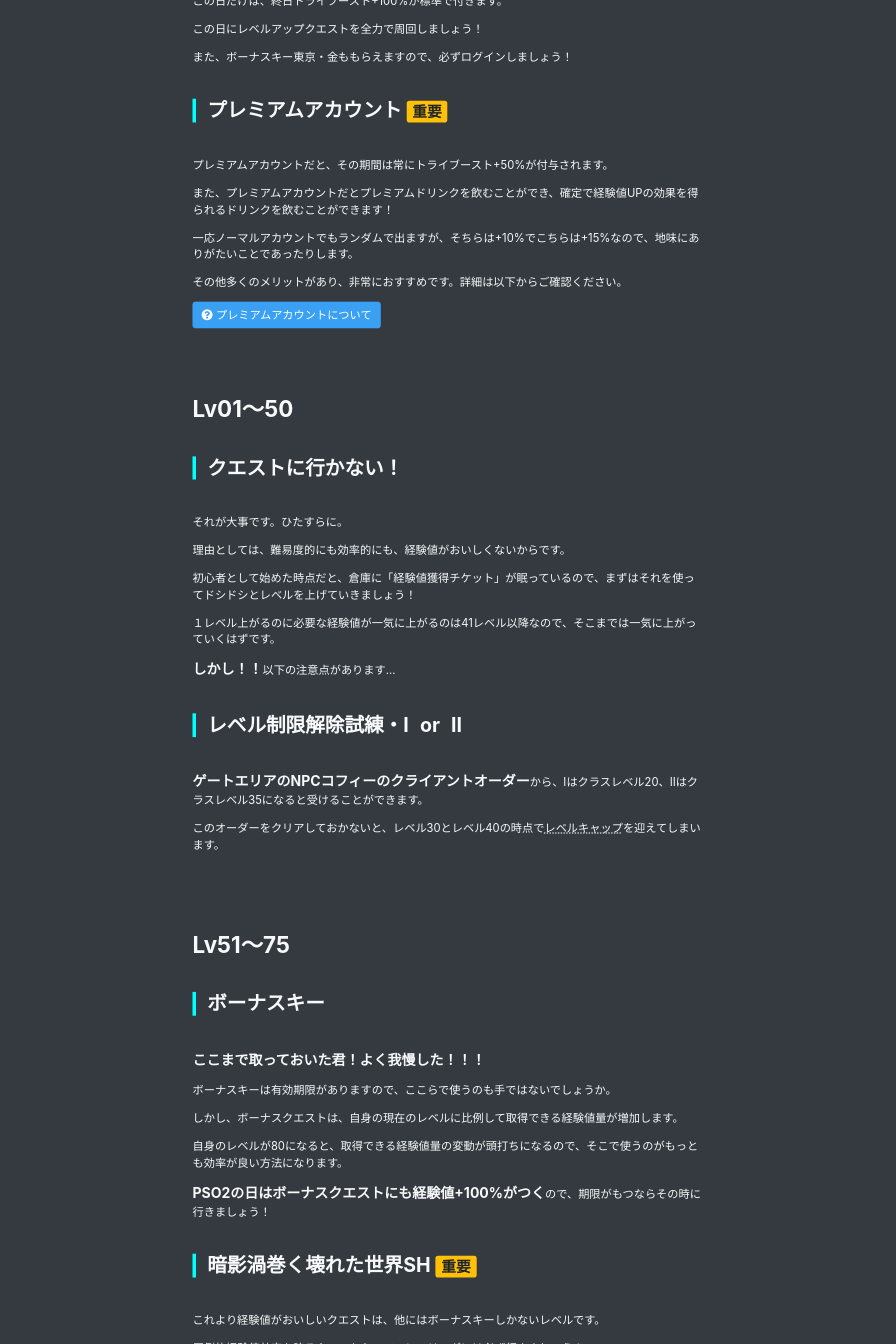
Repository: milkyahonpo/Website_source
Page: docs/capture.html
These files come from the project's save history. The page is drawn as it stood at one moment and after the next save; the edit follows.
The browser window is 1280 px wide. The pictures show the part of the page from y = 4580 to 6500 px (the page is 9670 px tall before and 9694 px after), at 70% of full size.
Some web libraries are served in a nearby version.

Above is the page before, as saved 2020-01-24 10:11:42.

### docs/capture.html
<!DOCTYPE html>
<html lang="ja">
  <head>
    <!-- Required meta tags -->
    <meta charset="utf-8">
    <meta name="viewport" content="width=device-width, initial-scale=1, shrink-to-fit=no">
    <!-- Bootstrap CSS -->
    <link rel="stylesheet" href="https://stackpath.bootstrapcdn.com/bootstrap/4.3.1/css/bootstrap.min.css" integrity="sha384-ggOyR0iXCbMQv3Xipma34MD+dH/1fQ784/j6cY/iJTQUOhcWr7x9JvoRxT2MZw1T" crossorigin="anonymous">
    <!-- My CSS -->
    <link rel="stylesheet" href="css/capture.css">
    <!-- favicon -->
    <link rel="shortcut icon" href="img/favicon.ico">
    <!-- Font Awesome -->
    <link href="https://use.fontawesome.com/releases/v5.6.1/css/all.css" rel="stylesheet">
    <!-- Google Fonts -->
    <link href="https://fonts.googleapis.com/css?family=Titillium+Web&display=swap" rel="stylesheet">

    <title>みるく屋本舗 - 攻略本 -</title>
  </head>

  <body>
  <!-- Navigation -->
  <nav class="navbar navbar-expand-lg navbar-light fixed-top py-3" id="mainNav">
    <div class="container">
      <a class="navbar-brand" href="index.html">
        <img src="./img/logo.png" width="50" height="50" alt="">
        <b>みるく屋本舗</b>
      </a>
      <button class="navbar-toggler navbar-togglar-right" type="button" data-toggle="collapse" data-target="#navbarResponsive" aria-controls="navbarResponsive" aria-expanded="false" aria-label="Toggle navigation">
        <span class="navbar-toggler-icon"></span>
      </button>
      <div class="collapse navbar-collapse" id="navbarResponsive">
        <ul class="navbar-nav ml-auto my-2 my-lg-0">
          <li class="nav-item">
            <a class="nav-link js-scroll-trigger" href="#basic">基礎知識</a>
          </li>
          <li class="nav-item">
            <a class="nav-link js-scroll-trigger" href="#lv1-50">Lv01～Lv50</a>
          </li>
          <li class="nav-item">
            <a class="nav-link js-scroll-trigger" href="#lv51-75">Lv51～Lv75</a>
          </li>
          <li class="nav-item">
            <a class="nav-link js-scroll-trigger" href="#lv76-80">Lv76～Lv80</a>
          </li>
          <li class="nav-item">
            <a class="nav-link js-scroll-trigger" href="#lv81-90">Lv81～Lv90</a>
          </li>
        </ul>
      </div>
    </div>
  </nav>
  <!-- About Section -->
  <section class="page-section h-100 bg-dark text-light">
    <div class="container h-100">
      <div class="row h-100 justify-content-center align-items-center">
        <div class="col-lg-8">
          <h2 class="display-1 mt-0 font-weight-bold text-center"><span style="color: cyan;">攻</span>略本</h2>
          <hr class="divider my-4">
          <p class="lead text-center">チムメンに役立つ育成情報を掲載します！</p>
          <p class="text-center"><small>最終更新 : 2020/01/23</small></p>
        </div>
      </div>
    </div>
  </section>

  <section class="page-section bg-dark text-light">
    <div class="container">
      <div class="row py-5 justify-content-center" id="basic">
        <div class="col-md-8">
          <h2 class="font-weight-bold">基礎知識</h2>
          <h3 class="my-5 pl-3"><strong class="font-weight-bold">メインクラスとサブクラス</strong></h3>
          <p>
            PSO2には「メインクラス」と「サブクラス」があります。
            <ul>
              <li>「メインクラス」装備できる武器に影響するクラス</li>
              <li>「サブクラス」一部のスキルとステータスの影響を受けるクラス<br>
            </ul>
            以下にクラス一覧と、その装備できる武器について示します。
          <p>
          <p class="alert alert-info">ガンスラッシュはどのクラスでも使用することができます。</p>
          <h4>通常クラス</h4>
          <table class="table table-striped table-hover my-3 table-dark">
            <tr><th>アイコン</th><th>クラス名</th><th>略称</th><th>装備できる武器</th></tr>
            <tr><td><img class="img-thumbnail" src="img/Hu.png"　style="display: inline-block" width="50px" height="auto"></td><td><a href="https://pso2.swiki.jp/index.php?%E3%83%8F%E3%83%B3%E3%82%BF%E3%83%BC">ハンター</a></td><td>Hu</td><td><ul><li>ソード</li><li>ワイヤードランス</li><li>パルチザン</li></ul></td></tr>
            <tr><td><img class="img-thumbnail" src="img/Fi.png"　style="display: inline-block" width="50px" height="auto"></td><td><a href="https://pso2.swiki.jp/index.php?%E3%83%95%E3%82%A1%E3%82%A4%E3%82%BF%E3%83%BC">ファイター</a></td><td>Fi</td><td><ul><li>ツインダガー</li><li>ダブルセイバー</li><li>ナックル</li></ul></td></tr>
            <tr><td><img class="img-thumbnail" src="img/Ra.png"　style="display: inline-block" width="50px" height="auto"></td><td><a href="https://pso2.swiki.jp/index.php?%E3%83%AC%E3%83%B3%E3%82%B8%E3%83%A3%E3%83%BC">レンジャー</a></td><td>Ra</td><td><ul><li>ランチャー</li><li>アサルトライフル</li></ul></td></tr>
            <tr><td><img class="img-thumbnail" src="img/Gu.png"　style="display: inline-block" width="50px" height="auto"></td><td><a href="https://pso2.swiki.jp/index.php?%E3%82%AC%E3%83%B3%E3%83%8A%E3%83%BC">ガンナー</a></td><td>Gu</td><td><ul><li>ツインマシンガン</li><li>アサルトライフル</li></ul></td></tr>
            <tr><td><img class="img-thumbnail" src="img/Fo.png"　style="display: inline-block" width="50px" height="auto"></td><td><a href="https://pso2.swiki.jp/index.php?%E3%83%95%E3%82%A9%E3%83%BC%E3%82%B9">フォース</a></td><td>Fo</td><td><ul><li>ロッド</li><li>タリス</li></ul></td></tr>
            <tr><td><img class="img-thumbnail" src="img/Te.png"　style="display: inline-block" width="50px" height="auto"></td><td><a href="https://pso2.swiki.jp/index.php?%E3%83%86%E3%82%AF%E3%82%BF%E3%83%BC">テクター</a></td><td>Te</td><td><ul><li>ウォンド</li><li>タリス</li></ul></td></tr>
            <tr><td><img class="img-thumbnail" src="img/Br.png"　style="display: inline-block" width="50px" height="auto"></td><td><a href="https://pso2.swiki.jp/index.php?%E3%83%96%E3%83%AC%E3%82%A4%E3%83%90%E3%83%BC">ブレイバー</a></td><td>Br</td><td><ul><li>カタナ</li><li>バレットボウ</li></ul></td></tr>
            <tr><td><img class="img-thumbnail" src="img/Bo.png"　style="display: inline-block" width="50px" height="auto"></td><td><a href="https://pso2.swiki.jp/index.php?%E3%83%90%E3%82%A6%E3%83%B3%E3%82%B5%E3%83%BC">バウンサー</a></td><td>Bo</td><td><ul><li>ジェットブーツ</li><li>デュアルブレード</li></ul></td></tr>
            <tr><td><img class="img-thumbnail" src="img/Su.png"　style="display: inline-block" width="50px" height="auto"></td><td><a href="https://pso2.swiki.jp/index.php?%E3%82%B5%E3%83%A2%E3%83%8A%E3%83%BC">サモナー</a></td><td>Su</td><td><ul><li>タクト</li></ul></td></tr >
          </table>
          <div class="my-5">
            <p>これらの通常クラスのいずれか２つをレベル75にすることで選択可能になる<strong class="lead font-weight-bold">「後継クラス」</strong>というものがあります。</p>
            <p>後継クラスは現状で３つあり、ファントムとエトワールはサブクラスとしてセットすることができますが、メインクラスとして使う場合、<strong class="lead font-weight-bold">全てサブクラスをセットすることができません。</strong>その代わりに、各クラス特徴のある強力なクラススキルを有しており、非常に優秀なクラスとなっています。</p>
          </div>
          <h4>後継クラス</h4>
          <table class="table table-striped table-hover my-3 table-dark">
            <tr><th>アイコン</th><th>クラス名</th><th>略称</th><th>装備できる武器</th></tr>
            <tr><td><img class="img-thumbnail" src="img/Hr.png"　style="display: inline-block" width="50px" height="auto"></td class="align-items-center"><td><a href="https://pso2.swiki.jp/index.php?%E3%83%92%E3%83%BC%E3%83%AD%E3%83%BC">ヒーロー</a></td><td>Hr</td><td><ul><li>ソード</li><li>ツインマシンガン</li><li>タリス</li></ul></td></tr>
            <tr><td><img class="img-thumbnail" src="img/Ph.png"　style="display: inline-block" width="50px" height="auto"></td><td><a href="https://pso2.swiki.jp/index.php?%E3%83%95%E3%82%A1%E3%83%B3%E3%83%88%E3%83%A0">ファントム</a></td><td>Ph</td><td><ul><li>カタナ</li><li>アサルトライフル</li><li>ロッド</li></td></tr>
            <tr><td><img class="img-thumbnail" src="img/Et.png"　style="display: inline-block" width="50px" height="auto"></td><td><a href="https://pso2.swiki.jp/index.php?%E3%82%A8%E3%83%88%E3%83%AF%E3%83%BC%E3%83%AB">エトワール</a></td><td>Et</td><td><ul><li>ダブルセイバー</li><li>デュアルブレード</li><li>ウォンド</li></td></tr>
          </table>
          <p>「メインクラス」は、当然ですが入手した経験値の100%が加算されます。</p>
          <p>「サブクラス」も、セットしておくだけでサブクラスがレベル70までは<strong class="lead font-weight-bold">メインクラスが獲得した経験値の25%</strong>が加算されます。</p>
          <p>そのため、必ずサブクラスをつけておきましょう。</p>

          <h3 class="my-5 pl-3"><strong class="font-weight-bold"><abbr title="特殊能力(DL先のファイルに詳細)">OP</abbr>・<abbr title="S級特殊能力(DL先のファイルに詳細)">SOP</abbr>付け</strong></h3>
          <p>PSO2の武器や<abbr title="防具のこと">ユニット</abbr>には、OPと呼ばれる特殊能力を付与することができます。</p>
          <p>これを付けていないとどれだけ頑張っても火力が出なかったり、伸び悩んでしまう原因になります。</p>
          <p>最初のうちに理解するのは難しい要素でもあるのですが、以下のファイルにOPの付け方をまとめてあるので、ダウンロードして必ず理解するようにしましょう！！</p>
          <a class="text-decoration-none" href="./document/PSO2 OP付け覚書.pdf" download="PSO2 OP付け覚書.pdf">
            <button class="btn btn-primary">
              <span class="text-decoration-none"><i class="fas fa-download"></i><b class="px-1">PSO2 OP付け覚書.pdf</b></span>
            </button>
          </a>
          <h3 class="my-5 pl-3"><strong class="font-weight-bold">ブーストアイテム</strong></h3>
          <p>PSO2には、経験値やメセタやレアドロの確率を一時的に上昇させる、トライブーストをはじめとした「ブーストアイテム」が多種類存在します。</p>
          <p>経験値を稼ぐためには、ブーストを使用したほうが有利ですので、必ず使用してクエストに行くことを忘れないようにしましょう。</p>
          <p>同じ名前のブーストアイテムを使用しても効果は多くならないので、違う名前のブーストを組み合わせることでより良い効果を得ることができます。</p>
          <p>元々の経験値を100%とすると...</p>
          <div class="card mb-3 text-dark">
            <div class="card-body">
            <p><b>例１)トライブースト+100%と経験値+75%を使用した場合の経験値取得率</b></p>
            <strong class="my-1 display-4"><var>100</var> + <var>100</var> + <var>75</var> = <var>275</var>%</strong>
            </div>
          </div>
          <p>上記のように、ブーストアイテムの効果は加算によって求められます。</p>

          <h3 class="my-5 pl-3"><strong class="font-weight-bold">パーティーブースト </strong><span class="badge badge-warning">重要</span></h3>
          <p>PSO2では、パーティーを組むことによって「パーティーブースト」と呼ばれる、<abbr title="略称「トラブ」 メセタ、レアドロ、経験値獲得量UP">トライブースト</abbr>が付与されます。</p>
          <p>先ほどのブーストアイテムについての項目でお話しましたが、ブーストアイテムの効果は加算によって求めることができます。</p>
          <p>しかし、<strong class="lead font-weight-bold">パーティーブーストだけは乗算でかかります。</strong>パーティーが二人以上の場合のパーティーの人数をXとすると、パーティーブーストは1.X倍になります。</p>
          <div class="card mb-3 text-dark">
            <div class="card-body">
            <p><b>例２)例１の場合でパーティー４人の場合の経験値取得率</b></p>
            <strong class="my-1 display-4"><var>275</var> * <var>1.4</var> = <span class="enh"><var>385</var>%</span></strong><br>
            </div>
          </div>
          <p>絶対に４人パーティーで行きましょう！</p>

          <h3 class="my-5 pl-3"><strong class="font-weight-bold">PSO2の日(毎月2日 +プレミアムは22日)</strong></h3>
          <p>この日だけは、終日トライブースト+100%が標準で付きます。</p>
          <p>この日にレベルアップクエストを全力で周回しましょう！</p>
          <p>また、ボーナスキー東京・金ももらえますので、必ずログインしましょう！</p>

          <h3 class="my-5 pl-3"><strong class="font-weight-bold">プレミアムアカウント </strong><span class="badge badge-warning">重要</span></h3>
          <p>プレミアムアカウントだと、その期間は常にトライブースト+50%が付与されます。</p>
          <p>また、プレミアムアカウントだとプレミアムドリンクを飲むことができ、確定で経験値UPの効果を得られるドリンクを飲むことができます！</p>
          <p>一応ノーマルアカウントでもランダムで出ますが、そちらは+10%でこちらは+15%なので、地味にありがたいことであったりします。</p>
          <p>その他多くのメリットがあり、非常におすすめです。詳細は以下からご確認ください。</p>
          <a href="http://pso2.jp/players/manual/preparations/ac/#sys-manual-513"><button class="btn btn-primary"><i class="fas fa-question-circle"></i> プレミアムアカウントについて</button></a>
        </div>
      </div>
      <div class="row py-5 justify-content-center" id="lv1-50">
        <div class="col-lg-8">
          <h2><b>Lv01～50</b></h2>
          <h3 class="my-5 pl-3"><strong class="font-weight-bold">クエストに行かない！</strong></h3>
          <p>それが大事です。ひたすらに。</p>
          <p>理由としては、難易度的にも効率的にも、経験値がおいしくないからです。</p>
          <p>初心者として始めた時点だと、倉庫に「経験値獲得チケット」が眠っているので、まずはそれを使ってドシドシとレベルを上げていきましょう！</p>
          <p>１レベル上がるのに必要な経験値が一気に上がるのは41レベル以降なので、そこまでは一気に上がっていくはずです。</p>
          <p><strong class="lead font-weight-bold">しかし！！</strong>以下の注意点があります...</p>
          <h3 class="my-5 pl-3"><strong class="font-weight-bold">レベル制限解除試練・Ⅰ<span class="mx-3">or</span>Ⅱ</strong></h3>
          <p><strong class="lead font-weight-bold">ゲートエリアのNPCコフィーのクライアントオーダー</strong>から、Ⅰはクラスレベル20、Ⅱはクラスレベル35になると受けることができます。</p>
          <p>このオーダーをクリアしておかないと、レベル30とレベル40の時点で<abbr title="レベルがそれ以上上がらない状態になること">レベルキャップ</abbr>を迎えてしまいます。</p>
        </div>
      </div>
      <div class="row py-5 justify-content-center" id="lv51-75">
        <div class="col-lg-8">
          <h2 class="mb-5"><b>Lv51～75</b></h2>
          <h3 class="my-5 pl-3"><strong class="font-weight-bold">ボーナスキー</strong></h3>
          <p><strong class="lead font-weight-bold">ここまで取っておいた君！よく我慢した！！！</strong></p>
          <p>ボーナスキーは有効期限がありますので、ここらで使うのも手ではないでしょうか。</p>
          <p>しかし、ボーナスクエストは、自身の現在のレベルに比例して取得できる経験値量が増加します。</p>
          <p>自身のレベルが80になると、取得できる経験値量の変動が頭打ちになるので、そこで使うのがもっとも効率が良い方法になります。</p>
          <p><strong class="lead font-weight-bold">PSO2の日はボーナスクエストにも経験値+100%がつく</strong>ので、期限がもつならその時に行きましょう！</p>

          <h3 class="my-5 pl-3"><strong class="font-weight-bold">暗影渦巻く壊れた世界SH </strong><span class="badge badge-warning">重要</span></h3>
          <p>これより経験値がおいしいクエストは、他にはボーナスキーしかないレベルです。</p>
          <p>圧倒的経験値効率を誇るクエストなので、レベリングには必ず行きましょう！</p>
          <p><strong class="lead font-weight-bold">レベルアップクエストの仕様上、5日周期で1日来る</strong>ので必ずチェックしておきましょう。</p>

          <h3 class="my-5 pl-3"><strong class="font-weight-bold">クラスごとの<abbr title="スキルポイント スキルツリーのスキルを取得するために必要になる レベル1UPごとに1SP">SP</abbr>取得クライアントオーダー </strong><span class="badge badge-warning">重要</span></h3>
          <p>レベル75になると、クラスキューブというアイテムを渡すことによって、クラスごとにSPを獲得できるクライアントオーダーが解放されます。</p>
          <p>クラスキューブとは、ハンターであれば「Huエクスキューブ」といったような、クラスの略称がついたアイテムになります。</p>
          <p>全てのクラス共通で、最初は1個、次は2個、3個、4個と要求数が増えていき、全4つのオーダーで合計10個のクラスキューブが必要になります。</p>
          <p><strong class="lead font-weight-bold">ゲートエリアのNPCシロナの「トレジャーショップ」</strong>から、SGまたはメセタを使用してクラスキューブを購入することができます。売っているクラスキューブは日替わりなので、自分の欲しいクラスキューブが陳列された時に購入しましょう！</p>

          <p>また、レベル90のレベルキャップに到達した状態でレベルアップすることで、そのクラスのクラスキューブを<strong class="lead font-weight-bold">レベルアップごとに７個</strong>取得することができます。</p>
        </div>
      </div>
          <!--
          <h3 class="my-5 pl-3"><strong class="font-weight-bold">レベル75制限解除試験・○○ </strong><span class="badge badge-info">後継クラスのみ</span></h3>
          <p>レベル75制限解除試験とは、その名の通りレベル75のレベルキャップを解放するクライアントオーダーです。</p>
          <p>これまでもレベル30の時点やレベル40の時点にも存在したものと同じになります。</p>
          <p>このレベルキャップ解放はクラスごとにクリアする必要があります。</p>
          <p>条件は、<br>
          <strong class="lead font-weight-bold">「<abbr title="ガンスラッシュは対象外です">メインクラスで装備できる武器種</abbr>の☆13以上を+35まで強化する」</strong><br>
          というものになります。</p>
          <p><strong class="lead font-weight-bold">ゲートエリアのNPCプリンの「コレクトシート」</strong>で、☆13武器の+35をゲットするだけで達成することができます。</p>
          <p>コレクトシートとは、数あるアイテムの中から自身が欲しいアイテムを選択し、そのアイテムのシートを入手したのちに、シート中に記載されている必要項目を全達成することで対象のアイテムが入手できるというものです。</p>
          <p>それぞれの項目に指定された条件を達成すると項目のゲージが上昇していき、ゲージが最大になった時にドロップするアイテムを入手することで項目が達成されます。</p>
          <p>基本的にコレクトシートの項目の条件は、入手した時点で開催されている緊急クエストや期間限定クエストで達成できるものが設定されているので、どんどん参加しましょう！</p>
          -->

      <div class="row py-5 justify-content-center" id="lv76-80">
        <div class="col-lg-8">
          <h2 class="mb-5"><b>Lv76～80</b></h2>
          <h3 class="my-5 pl-3"><strong class="font-weight-bold">必要経験値の異常なまでの上昇 </strong><span class="badge badge-danger">難関</span></h3>
          <p><strong class="lead font-weight-bold">今までとは比べ物にならないくらいにレベルが上がらなくなってきます。</strong></p>
          <p>ただ、昔のPSO2と比較したら今はボーナスキーもあり、レベルアップクエストなんてものもあり、
          そのうえPSO2の日では経験値+100%で、プレミアムなら毎日トライブースト+50%もつくだって！？</p>
          <strong class="lead font-weight-bold">めげずに頑張りましょう！私たちがついています！</strong>

          <h3 class="my-5 pl-3"><strong class="font-weight-bold">ボーナスキー </strong></h3>
          <p>それはここでも同じです。</p>
          <p>PSO2で経験値が一番おいしいクエストは間違いなくボーナスキー！</p>
          <p>手に入れたらPSO2の日をねらって絶対に行きましょう！</p>
          <p>(ブーストアイテムを忘れずにね！)</p>

          <h3 class="my-5 pl-3"><strong class="font-weight-bold">暗影渦巻く壊れた世界XH </strong><span class="badge badge-success">更新時点 推奨</span></h3>
          <p>現状最強武器の「リバレイト〇〇」という武器の入手にはクラスキューブが必要になります。</p>
          <p>また、2020/02/05まで開催されている<a href="http://pso2.jp/players/event/newyear2020/">SPACE MAGATSU DESTROYERS</a>の個人ポイント獲得はこの暗影でもためることができ、暗影は1周2分で周回できるので非常に高効率となっています。(本来あってはならないことかもしれませんが...)</p>
          <p>以上の理由から、現時点では高レベルのプレイヤーも暗影を周回しており、人がすぐに集まることも多いため、以下に記載してあるSHを周回するよりも圧倒的に高効率でレベルアップすることができます。</p>

          <h3 class="my-5 pl-3"><strong class="font-weight-bold">暗影渦巻く壊れた世界SH </strong><span class="badge badge-secondary">更新時点 非推奨</span></h3>
          <p>「え？なんでまだこの段階でもXH行かないの？」</p>
          <p>そう思う方も多いことでしょう。</p>
          <p>試しにXHに行ってみた方はわかると思いますが、
          <strong class="lead font-weight-bold">クエストに12人いることのほうが少ないです。</strong></p>
          <p>理由はSHとXHの受注可能なレベル帯の差にあります。</p>
          <p>SHはレベル50から受注可能で、XHには、メインサブの双方を75まで上げないと行けません。</p>
          <p>なので、SHを回るのは、75-50=レベル25分の幅の方で、
          なおかつメインはレベル75であってもサブはまだという方も含まれます。</p>
          <p>それに対してXHはレベル75から受注可能で、最大はレベル90です。</p>
          <p>なので、XHを回るのは、90-75=レベル15分の幅の方で、
          なおかつメインサブ双方が75以上である方です。</p>
          <p>それゆえに、暗影で人数が集まるのは必然的にSHとなるわけです。</p>
          <p>人数が集まるということは、パーティーが組めるのでブーストがのる。</p>
          <p><strong class="lead font-weight-bold">そういうことです！</strong></p>

          <h3 class="my-5 pl-3"><strong class="font-weight-bold">クラスごとのSP取得クライアントオーダー </strong></h3>
          <p>Lv51～75で前述のとおりです。</p>
          <p>もしもレベル75の時点でやっていなかったのであれば、必ずここで済ませてしまいましょう！</p>

          <!--
          <h3 class="my-5 pl-3"><strong class="font-weight-bold">レベル80制限解除試験・○○ </strong></h3>
          <p>「またレベルキャップか・・・」</p>
          <p>安心してください。今回のは<b>めちゃくちゃ簡単</b>です。</p>
          <p>レベルを75にした時点で称号報酬でもらっていた、３つの<strong class="lead font-weight-bold">「サブ／ステラウォール」</strong>というユニット。</p>
          <p>若しくは、ここまで暗影を周回している人なら持っているであろう「ウェポンズバッジ2019」。</p>
          <p>それとバッジ交換ショップで交換できる☆12ユニットの、</p>
          <p><strong class="lead font-weight-bold">「リア／サーキュレイ」、「アーム／サーカレイ」、「レッグ／サークレイ」</strong>。</p>
          <p>そのどちらかのシリーズを全て+10にしてから装備して話しかけるだけで達成できます。</p>
          <p>ユニットの強化は、武器と比較してものすごく簡単なので、
          強化値+7までは補助アイテム何も無しで上げていき、
          +8以降は、「強化成功率+5%」と「強化リスク軽減(+1)」を使用して上げていくだけで十分です。</p>
          <p>もっていないのであれば、どちらも非常に安価にマイショップで販売していますので、
          どんどん上げて、ぱぱっと報告してしまいましょう！</p>
          -->
        </div>
      </div>
      <div class="row py-5 justify-content-center" id="lv81-90">
        <div class="col-lg-8">
          <h2 class="mb-5"><b>Lv81～90</b></h2>
          <h3 class="my-5 pl-3 display-4"><font color="orange">気合 <i class="fas fa-exclamation"></i></font></h3>
          <p>今までの知識をすべて駆使してレベルを上げていきましょう。</p>
          <p>ブースト、ボーナスキー、暗影...</p>
          <p><b style="font-size: 20px">頂上はもうすぐです！</b></p>
        </div>
      </div>
    </div>
  </div>
</section>
  <!-- Footer -->
  <footer class="bg-light py-5">
    <div class="container">
      <div class="small text-center text-muted">※当サイトの一部の掲載画像等に関する権利は、株式会社セガゲームズに帰属しています。</div>
      <div class="small text-center text-muted">Copyright &copy; 2019 - MYH / SEGA PHANTASY STAR ONLINE 2</div>
    </div>
  </footer>

  <!-- Bootstrap core JavaScript -->
  <script src="vendor/jquery/jquery.min.js"></script>
  <script src="vendor/bootstrap/js/bootstrap.bundle.min.js"></script>

  <!-- Plugin JavaScript -->
  <script src="vendor/jquery-easing/jquery.easing.min.js"></script>
  <script src="vendor/magnific-popup/jquery.magnific-popup.min.js"></script>

  <!-- Custom scripts for this template -->
  <script src="js/creative.min.js"></script>

    <!-- Optional JavaScript -->
    <!-- jQuery first, then Popper.js, then Bootstrap JS -->
    <script src="https://code.jquery.com/jquery-3.3.1.slim.min.js" integrity="sha384-q8i/X+965DzO0rT7abK41JStQIAqVgRVzpbzo5smXKp4YfRvH+8abtTE1Pi6jizo" crossorigin="anonymous"></script>
    <script src="https://cdnjs.cloudflare.com/ajax/libs/popper.js/1.14.7/umd/popper.min.js" integrity="sha384-UO2eT0CpHqdSJQ6hJty5KVphtPhzWj9WO1clHTMGa3JDZwrnQq4sF86dIHNDz0W1" crossorigin="anonymous"></script>
    <script src="https://stackpath.bootstrapcdn.com/bootstrap/4.3.1/js/bootstrap.min.js" integrity="sha384-JjSmVgyd0p3pXB1rRibZUAYoIIy6OrQ6VrjIEaFf/nJGzIxFDsf4x0xIM+B07jRM" crossorigin="anonymous"></script>
  </body>
</html>

### docs/js/creative.min.js
/*!
 * Start Bootstrap - Creative v5.1.6 (https://startbootstrap.com/template-overviews/creative)
 * Copyright 2013-2019 Start Bootstrap
 * Licensed under MIT (https://github.com/BlackrockDigital/startbootstrap-creative/blob/master/LICENSE)
 */

!function (e) { "use strict"; e('a.js-scroll-trigger[href*="#"]:not([href="#"])').click(function () { if (location.pathname.replace(/^\//, "") == this.pathname.replace(/^\//, "") && location.hostname == this.hostname) { var a = e(this.hash); if ((a = a.length ? a : e("[name=" + this.hash.slice(1) + "]")).length) return e("html, body").animate({ scrollTop: a.offset().top - 72 }, 1e3, "easeInOutExpo"), !1 } }), e(".js-scroll-trigger").click(function () { e(".navbar-collapse").collapse("hide") }), e("body").scrollspy({ target: "#mainNav", offset: 75 }); function a() { 100 < e("#mainNav").offset().top ? e("#mainNav").addClass("navbar-scrolled") : e("#mainNav").removeClass("navbar-scrolled") } a(), e(window).scroll(a)/*, e("#portfolio").magnificPopup({ delegate: "a", type: "image", tLoading: "Loading image #%curr%...", mainClass: "mfp-img-mobile", gallery: { enabled: !0, navigateByImgClick: !0, preload: [0, 1] }, image: { tError: '<a href="%url%">The image #%curr%</a> could not be loaded.' } })*/ }(jQuery);

Loaded but not shown: docs/css/capture.css (library); docs/vendor/jquery/jquery.min.js (library); docs/vendor/bootstrap/js/bootstrap.bundle.min.js (library); docs/vendor/jquery-easing/jquery.easing.min.js (common file); docs/vendor/magnific-popup/jquery.magnific-popup.min.js (library)

After the next save:
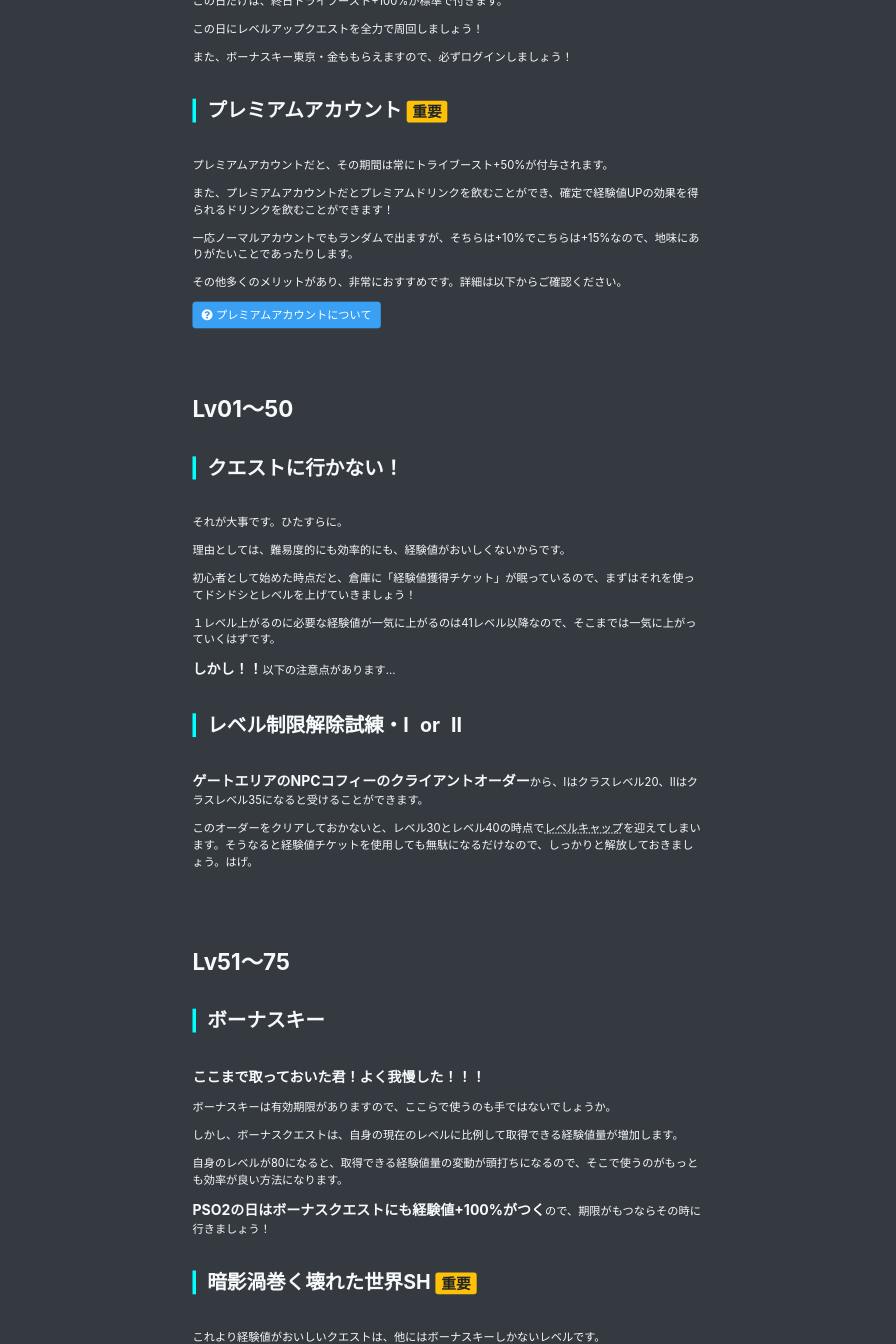
Saved 22 s later.
--- a/docs/capture.html
+++ b/docs/capture.html
@@ -165,7 +165,7 @@
           <p><strong class="lead font-weight-bold">しかし！！</strong>以下の注意点があります...</p>
           <h3 class="my-5 pl-3"><strong class="font-weight-bold">レベル制限解除試練・Ⅰ<span class="mx-3">or</span>Ⅱ</strong></h3>
           <p><strong class="lead font-weight-bold">ゲートエリアのNPCコフィーのクライアントオーダー</strong>から、Ⅰはクラスレベル20、Ⅱはクラスレベル35になると受けることができます。</p>
-          <p>このオーダーをクリアしておかないと、レベル30とレベル40の時点で<abbr title="レベルがそれ以上上がらない状態になること">レベルキャップ</abbr>を迎えてしまいます。</p>
+          <p>このオーダーをクリアしておかないと、レベル30とレベル40の時点で<abbr title="レベルがそれ以上上がらない状態になること">レベルキャップ</abbr>を迎えてしまいます。そうなると経験値チケットを使用しても無駄になるだけなので、しっかりと解放しておきましょう。はげ。</p>
         </div>
       </div>
       <div class="row py-5 justify-content-center" id="lv51-75">
